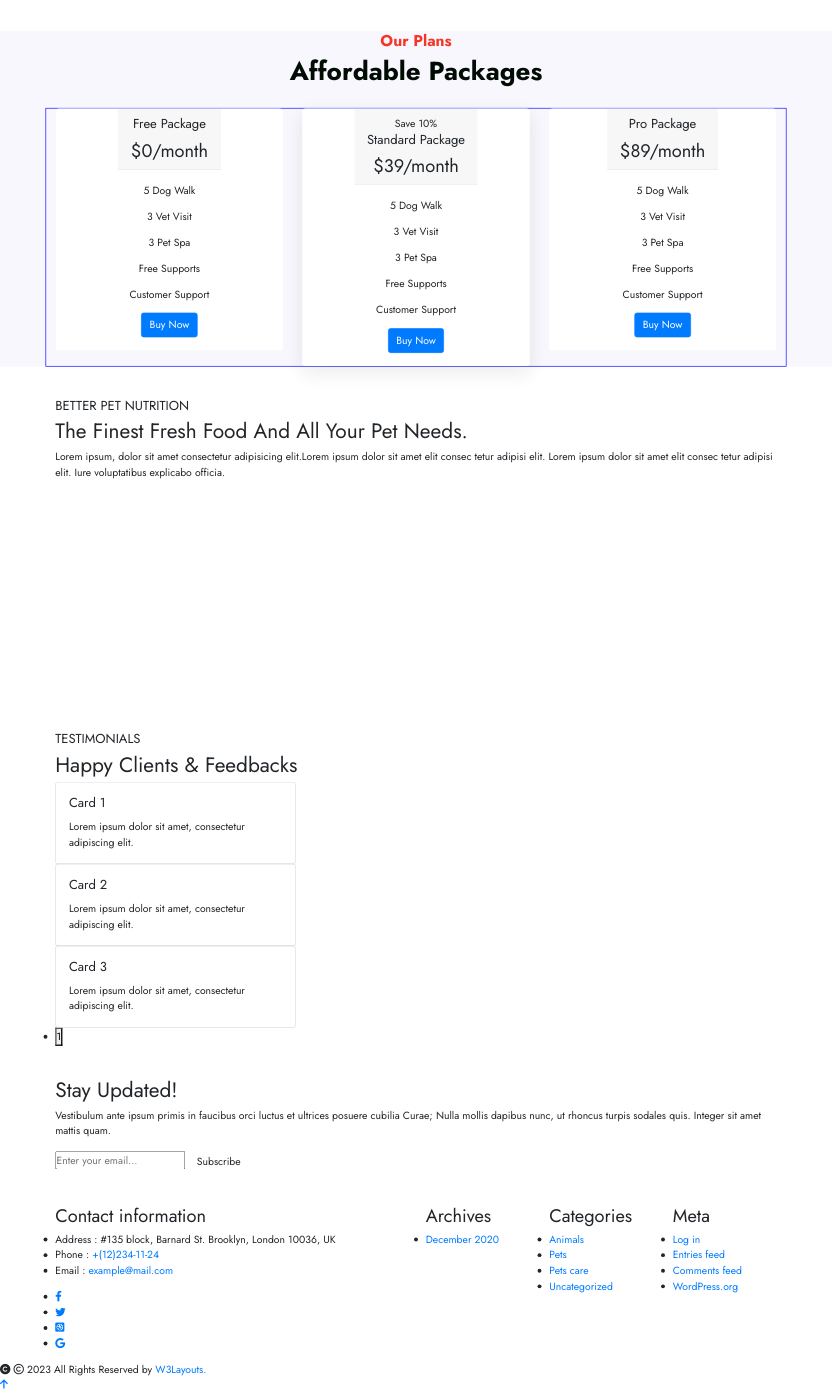
Repository: thanhfrankie/poochcare
Page: index.html
These files come from the project's save history. The page is drawn as it stood at one moment and after a run of saves; the edit follows.
The browser window is 1280 px wide. The pictures show the whole page, at 65% of full size.
Pictures or frames that could not be fetched are drawn as grey boxes.

Above is the page before, as saved 2023-12-20 21:52:15.

### index.html
<!DOCTYPE html>
<html lang="en">
  <head>
    <title>Pooch Care</title>
    <!-- Required meta tags -->
    <meta charset="utf-8" />
    <meta
      name="viewport"
      content="width=device-width, initial-scale=1, shrink-to-fit=no"
    />
    <!-- FONT AWESOME -->
    <link
      rel="stylesheet"
      href="https://cdnjs.cloudflare.com/ajax/libs/font-awesome/6.4.2/css/all.min.css"
      integrity="sha512-z3gLpd7yknf1YoNbCzqRKc4qyor8gaKU1qmn+CShxbuBusANI9QpRohGBreCFkKxLhei6S9CQXFEbbKuqLg0DA=="
      crossorigin="anonymous"
      referrerpolicy="no-referrer"
    />
    <!-- Bootstrap CSS -->
    <link
      rel="stylesheet"
      href="https://stackpath.bootstrapcdn.com/bootstrap/4.3.1/css/bootstrap.min.css"
      integrity="sha384-ggOyR0iXCbMQv3Xipma34MD+dH/1fQ784/j6cY/iJTQUOhcWr7x9JvoRxT2MZw1T"
      crossorigin="anonymous"
    />
    <!-- Font Jost -->
    <link rel="preconnect" href="https://fonts.googleapis.com" />
    <link rel="preconnect" href="https://fonts.gstatic.com" crossorigin />
    <link
      href="https://fonts.googleapis.com/css2?family=Jost:wght@300;400;700&display=swap"
      rel="stylesheet"
    />
    <!-- Pricing CSS -->
    <link rel="stylesheet" href="./css/pricing.css" />
    <!-- pet food CSS (em đặt tên nutrition hay pet-nutrition hay pet__nutrition nó không cho đặt vậy ạ) -->
    <link rel="stylesheet" href="./css/petfood.css" />
    <!-- Testimonials CSS -->
    <link rel="stylesheet" href="./css/testimonials.css" />
    <!-- Subscribe CSS -->
    <link rel="stylesheet" href="./css/subscribe.css" />
    <!-- footer CSS -->
    <link rel="stylesheet" href="./css/footer.css" />
    <!-- Main CSS -->
    <link rel="stylesheet" href="./css/style.css" />
  </head>
  <body>
    <!-- Pricing -->
    <section class="pricing" id="pricing">
      <div class="container mt-5">
        <div class="title">
          <h4>Our Plans</h4>
          <h2>Affordable Packages</h2>
        </div>
        <div class="row">
          <!-- Pricing Card 1 -->
          <div class="col-lg-4">
            <div class="card">
              <div class="card-header">
                <h5 class="card-title">Free Package</h5>
                <h3 class="card-text">$0/month</h3>
              </div>
              <div class="card-body">
                <p class="card-text">5 Dog Walk</p>
                <p class="card-text">3 Vet Visit</p>
                <p class="card-text">3 Pet Spa</p>
                <p class="card-text">Free Supports</p>
                <p class="card-text">Customer Support</p>
                <a href="#" class="btn btn-primary btn-buy">Buy Now</a>
              </div>
            </div>
          </div>

          <!-- Pricing Card 2 -->
          <div class="col-lg-4">
            <div class="card card2">
              <div class="card-header">
                <div class="card-save">Save 10%</div>
                <h5 class="card-title">Standard Package</h5>
                <h3 class="card-text">$39/month</h3>
              </div>
              <div class="card-body">
                <p class="card-text">5 Dog Walk</p>
                <p class="card-text">3 Vet Visit</p>
                <p class="card-text">3 Pet Spa</p>
                <p class="card-text">Free Supports</p>
                <p class="card-text">Customer Support</p>
                <a href="#" class="btn btn-primary btn-buy">Buy Now</a>
              </div>
            </div>
          </div>

          <!-- Pricing Card 3 -->
          <div class="col-lg-4">
            <div class="card">
              <div class="card-header">
                <h5 class="card-title">Pro Package</h5>
                <h3 class="card-text">$89/month</h3>
              </div>
              <div class="card-body">
                <p class="card-text">5 Dog Walk</p>
                <p class="card-text">3 Vet Visit</p>
                <p class="card-text">3 Pet Spa</p>
                <p class="card-text">Free Supports</p>
                <p class="card-text">Customer Support</p>
                <a href="#" class="btn btn-primary btn-buy">Buy Now</a>
              </div>
            </div>
          </div>
        </div>
      </div>
    </section>
    <!-- PET NUTRITION -->
    <section class="nutrition">
      <div class="container mt-5">
        <h5>BETTER PET NUTRITION</h5>
        <h2>The Finest Fresh Food And All Your Pet Needs.</h2>
        <p>
          Lorem ipsum, dolor sit amet consectetur adipisicing elit.Lorem ipsum
          dolor sit amet elit consec tetur adipisi elit. Lorem ipsum dolor sit
          amet elit consec tetur adipisi elit. Iure voluptatibus explicabo
          officia.
        </p>
        <iframe
          width="560"
          height="315"
          src="https://www.youtube.com/embed/JXUTJNv4j6A?si=1nzgvqwKbkVzJ4BS"
          title="YouTube video player"
          frameborder="0"
          allow="accelerometer; autoplay; clipboard-write; encrypted-media; gyroscope; picture-in-picture; web-share"
          allowfullscreen
        ></iframe>
      </div>
    </section>
    <!-- TESTIMONIALS -->
    <section class="testimonial">
      <div class="container mt-5">
        <h5>TESTIMONIALS</h5>
        <h2>Happy Clients & Feedbacks</h2>
        <div class="slick-carousel">
          <!-- Slick Carousel Item 1 -->
          <div class="card">
            <div class="card-body">
              <h5 class="card-title">Card 1</h5>
              <p class="card-text">
                Lorem ipsum dolor sit amet, consectetur adipiscing elit.
              </p>
            </div>
          </div>

          <!-- Slick Carousel Item 2 -->
          <div class="card">
            <div class="card-body">
              <h5 class="card-title">Card 2</h5>
              <p class="card-text">
                Lorem ipsum dolor sit amet, consectetur adipiscing elit.
              </p>
            </div>
          </div>

          <!-- Slick Carousel Item 3 -->
          <div class="card">
            <div class="card-body">
              <h5 class="card-title">Card 3</h5>
              <p class="card-text">
                Lorem ipsum dolor sit amet, consectetur adipiscing elit.
              </p>
            </div>
          </div>
        </div>
      </div>
    </section>
    <!-- Subscribe -->
    <section class="subscribe">
      <div class="container mt-5">
        <h2>Stay Updated!</h2>
        <p>
          Vestibulum ante ipsum primis in faucibus orci luctus et ultrices
          posuere cubilia Curae; Nulla mollis dapibus nunc, ut rhoncus turpis
          sodales quis. Integer sit amet mattis quam.
        </p>
        <input
          type="email"
          name=""
          id="subscribe"
          placeholder="Enter your email..."
        />
        <button class="btn">Subscribe</button>
      </div>
    </section>
    <footer>
      <div class="container mt-5">
        <div class="row">
          <div class="col-lg-6">
            <h3>Contact information</h3>
            <ul class="footer__contact">
              <li>
                Address : #135 block, Barnard St. Brooklyn, London 10036, UK
              </li>
              <li>
                Phone :
                <span>
                  <a href="#">+(12)234-11-24</a>
                </span>
              </li>
              <li>
                Email :
                <span>
                  <a href="#">example@mail.com</a>
                </span>
              </li>
            </ul>
            <ul class="footer__social">
              <li>
                <a href="https://www.facebook.com/w3layouts/">
                  <i class="fa-brands fa-facebook-f"></i
                ></a>
              </li>
              <li>
                <a href="https://twitter.com/W3layouts"
                  ><i class="fa-brands fa-twitter"></i
                ></a>
              </li>
              <li>
                <a href="https://dribbble.com/w3layouts"
                  ><i class="fa-brands fa-square-dribbble"></i
                ></a>
              </li>
              <li>
                <a href="https://myaccount.google.com/intro/profile"
                  ><i class="fa-brands fa-google"></i
                ></a>
              </li>
            </ul>
          </div>
          <div class="col-lg-6">
            <div class="row">
              <div class="col-sm-4">
                <h3>Archives</h3>
                <ul>
                  <li>
                    <a href="#"> December 2020 </a>
                  </li>
                </ul>
              </div>
              <div class="col-sm-4">
                <h3>Categories</h3>
                <ul>
                  <li>
                    <a href="#"> Animals </a>
                  </li>
                  <li>
                    <a href="#"> Pets </a>
                  </li>
                  <li>
                    <a href="#"> Pets care </a>
                  </li>
                  <li>
                    <a href="#"> Uncategorized </a>
                  </li>
                </ul>
              </div>
              <div class="col-sm-4">
                <h3>Meta</h3>
                <ul>
                  <li>
                    <a href="#"> Log in </a>
                  </li>
                  <li>
                    <a href="#"> Entries feed </a>
                  </li>
                  <li>
                    <a href="#"> Comments feed </a>
                  </li>
                  <li>
                    <a href="#"> WordPress.org </a>
                  </li>
                </ul>
              </div>
            </div>
          </div>
        </div>
      </div>
      <div class="copyright">
        <i class="fa fa-copyright" aria-hidden="true"></i>
        <i class="fa-regular fa-copyright"></i>
        <span
          >2023 All Rights Reserved by
          <a href="https://w3layouts.com/">W3Layouts.</a></span
        >
      </div>
    </footer>
    <a href="#" class="backToTop cd-top text-replace js-cd-top">
      <i class="fa fa-arrow-up"></i>
    </a>
    <!-- Optional JavaScript -->
    <!-- jQuery first, then Popper.js, then Bootstrap JS -->
    <script
      src="https://code.jquery.com/jquery-3.3.1.slim.min.js"
      integrity="sha384-q8i/X+965DzO0rT7abK41JStQIAqVgRVzpbzo5smXKp4YfRvH+8abtTE1Pi6jizo"
      crossorigin="anonymous"
    ></script>
    <script
      src="https://cdnjs.cloudflare.com/ajax/libs/popper.js/1.14.7/umd/popper.min.js"
      integrity="sha384-UO2eT0CpHqdSJQ6hJty5KVphtPhzWj9WO1clHTMGa3JDZwrnQq4sF86dIHNDz0W1"
      crossorigin="anonymous"
    ></script>
    <script
      src="https://stackpath.bootstrapcdn.com/bootstrap/4.3.1/js/bootstrap.min.js"
      integrity="sha384-JjSmVgyd0p3pXB1rRibZUAYoIIy6OrQ6VrjIEaFf/nJGzIxFDsf4x0xIM+B07jRM"
      crossorigin="anonymous"
    ></script>
    <!-- slick carousel  -->
    <script
      src="https://cdnjs.cloudflare.com/ajax/libs/slick-carousel/1.8.1/slick.min.js"
      integrity="sha512-XtmMtDEcNz2j7ekrtHvOVR4iwwaD6o/FUJe6+Zq+HgcCsk3kj4uSQQR8weQ2QVj1o0Pk6PwYLohm206ZzNfubg=="
      crossorigin="anonymous"
      referrerpolicy="no-referrer"
    ></script>
    <script>
      // Initialize Slick Carousel
      $(".slick-carousel").slick({
        slidesToShow: 3,
        slidesToScroll: 1,
        dots: true,
        prevArrow: '<button type="button" class="slick-prev">&#9665;</button>',
        nextArrow: '<button type="button" class="slick-next">&#9655;</button>',
        responsive: [
          {
            breakpoint: 768,
            settings: {
              slidesToShow: 2,
            },
          },
          {
            breakpoint: 576,
            settings: {
              slidesToShow: 1,
            },
          },
        ],
      });
    </script>
  </body>
</html>

### css/pricing.css
.pricing {
    background-color: #F9F7FE;
}
.pricing .container {
    width: 100%;
}
.pricing .container .title {
    display: flex;
    justify-content: center;
    align-items: center;
    flex-direction: column;
    padding-bottom: 25px;
}
.pricing .container .title h4 {
    color: #F53626;
    font-weight: 550;

}
.pricing .title h2{
    font-size: 40px;
    font-weight: 600;
    line-height: 48px;
    text-transform: capitalize;
    color:#000C04;
 }
 .pricing .container .row {
    padding: 0;
    border: 1px solid blue;

 }
 .pricing .container .row .card {
    display: flex;
    justify-content: center;
    align-items: center;
    flex-direction: column;
    text-align: center;
    background-color: #FFFFFF;
    border-radius: 5px;
    border: none;
 }
 .pricing .container .row .card2 {
    box-shadow: 0 10px 30px 0 rgba(17, 17, 17, 0.09);
    padding: 0 30px;
    z-index: 1;
 }
 {
    background-color:#189A46;
 }

### css/testimonials.css
TESTIMONIALS

### css/style.css
/* Global */
* {
  padding: 0;
  margin: 0;
  box-sizing: border-box;
}
html,
body {
  font-family: "Jost", sans-serif;
}

Loaded but not shown: css/footer.css (no copy from this time; the picture is the same without it); css/petfood.css (no copy from this time; the picture is the same without it); css/subscribe.css (no copy from this time; the picture is the same without it)

After the next 2 saves:
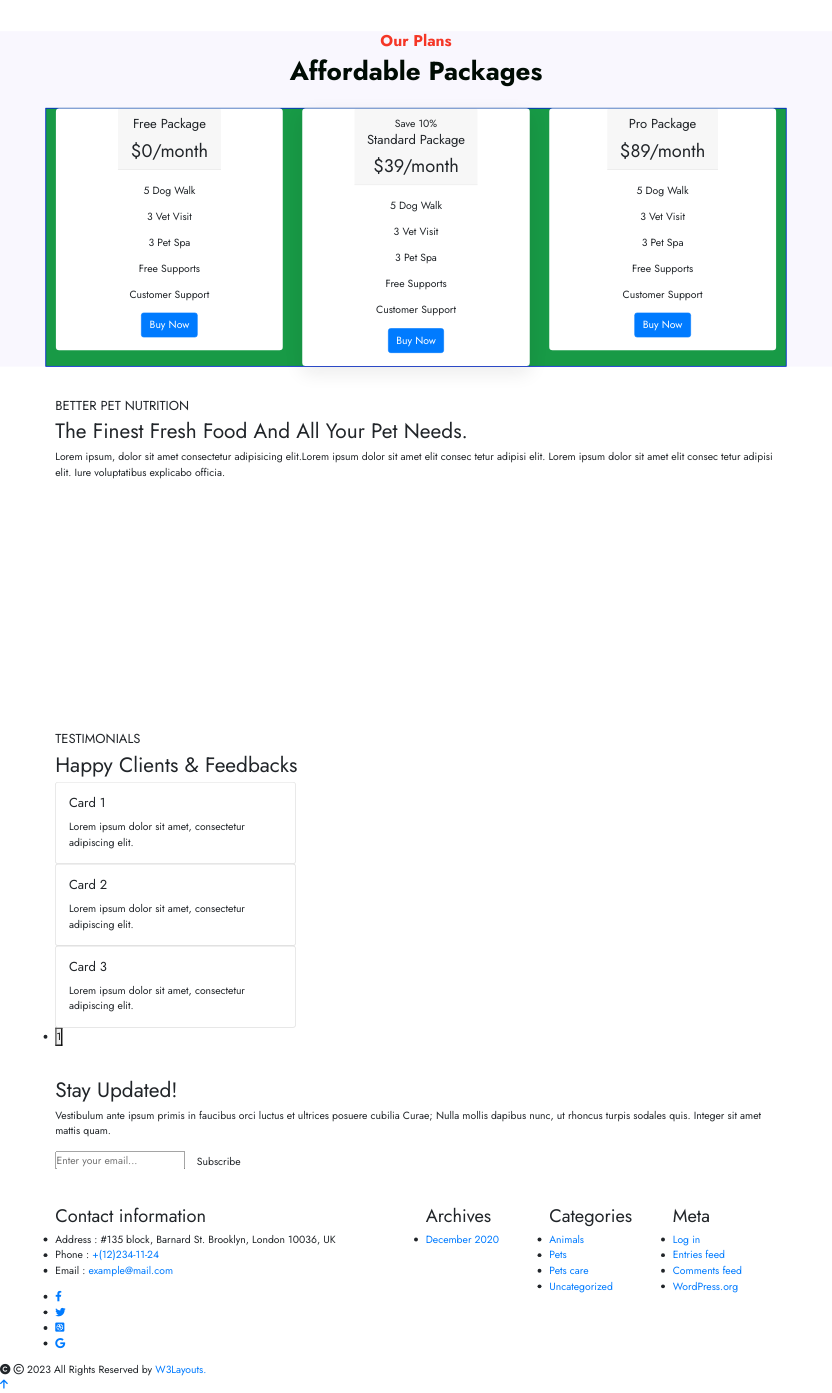
The 2 saves are shown as one change because they came seconds apart.
The last was saved 12 s later.
--- a/css/pricing.css
+++ b/css/pricing.css
@@ -43,6 +43,6 @@
     padding: 0 30px;
     z-index: 1;
  }
- {
+ .pricing .container .row {
     background-color:#189A46;
  }
